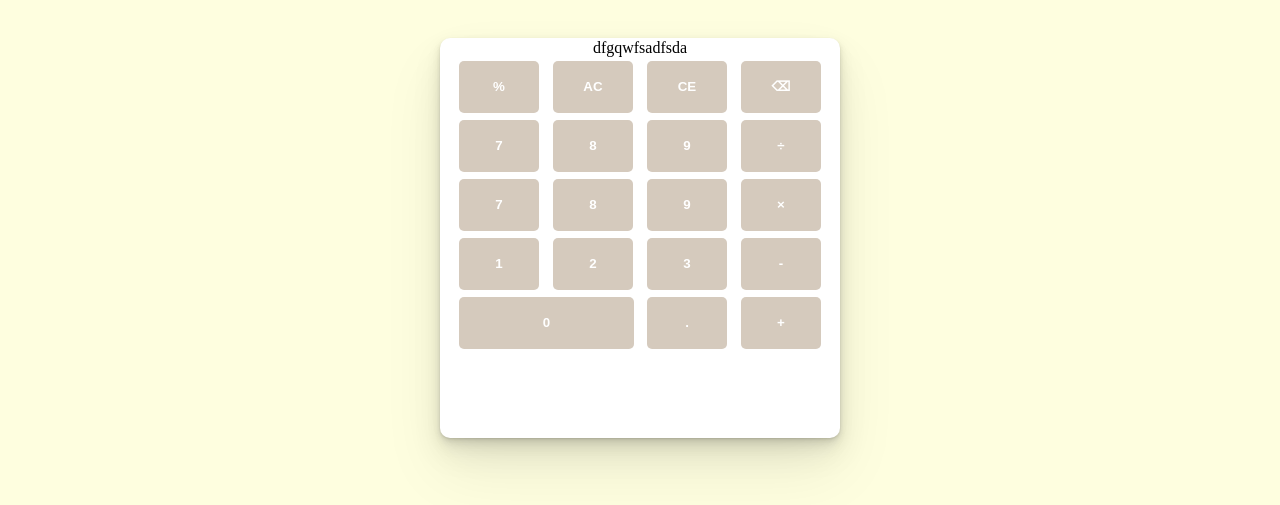
Repository: JeongminHW/Web_study
Page: HTML/myHTML/src/main/webapp/project/calculator.html
An editor plug-in stored every save of this project. The page is shown before and after the next save, followed by the edit.
The browser window is 1280 px wide. The pictures show the whole page.

Above is the page before, as saved 2024-07-12 03:06:40.

### HTML/myHTML/src/main/webapp/project/calculator.html
<!DOCTYPE html>
<html>
<head>
<meta charset="UTF-8">
<title>Insert title here</title>
<link rel="stylesheet" href="style.css">
</head>
<body>
	<div class="container">
		<div>
		<span class="result">dfgqwfsadfsda</span>
		</div>
		<div  class="cal">
		<table>
			<tr>
				<td class="arg"><input class="btn" type="button" id="mod" value="%"></td>
				<td class="arg"><input class="btn" type="button" id="ac" value="AC"></td>
				<td class="arg"><input class="btn" type="button" id="ce" value="CE"></td>
				<td class="arg"><input class="btn" type="button" id="back" value="⌫"></td>
			</tr>
			<tr>
				<td class="arg"><input class="btn" type="button" id="seven" value="7"></td>
				<td class="arg"><input class="btn" type="button" id="eight" value="8"></td>
				<td class="arg"><input class="btn" type="button" id="nine" value="9"></td>
				<td class="arg"><input class="btn" type="button" id="div" value="÷"></td>
			</tr>
			<tr>
				<td class="arg"><input class="btn" type="button" id="four" value="7"></td>
				<td class="arg"><input class="btn" type="button" id="five" value="8"></td>
				<td class="arg"><input class="btn" type="button" id="six" value="9"></td>
				<td class="arg"><input class="btn" type="button" id="multiply" value="×"></td>
			</tr>
			<tr>
				<td class="arg"><input class="btn" type="button" id="one" value="1"></td>
				<td class="arg"><input class="btn" type="button" id="two" value="2"></td>
				<td class="arg"><input class="btn" type="button" id="three" value="3"></td>
				<td class="arg"><input class="btn" type="button" id="sub" value="-"></td>
			</tr>
			<tr>
				<td class="arg"  colspan="2"><input class="btn" type="button" id="zero" value="0"></td>
				<td class="arg"><input class="btn" type="button" id="decimal_point" value="."></td>
				<td class="arg"><input class="btn" type="button" id="plus" value="+"></td>
			</tr>
		</table>
		</div>
	</div>
	<script type="text/javascript" src="js.js"></script>
</body>
</html>

### HTML/myHTML/src/main/webapp/project/style.css
body {
	background: #FEFEDF;
	display: flex;
	text-align: center;
	justify-content: center;
}

.container {
	width: 400px;
	height: 400px;
	background: white;
	border-radius: 10px;
	line-height: 20px;
	margin-bottom: 30px;
	margin-top: 30px;
	box-sizing: border-box;
	margin-left: 15px;
	margin-right: 15px;
	text-align: center;
	justify-content: center;
	box-shadow: 0 1px 2px rgba(0, 0, 0, 0.07), 0 2px 4px rgba(0, 0, 0, 0.07),
		0 4px 8px rgba(0, 0, 0, 0.07), 0 8px 16px rgba(0, 0, 0, 0.07), 0 16px
		32px rgba(0, 0, 0, 0.07), 0 32px 64px rgba(0, 0, 0, 0.07);
}

.result {
	width: 400px;
	height: 100px;
	text-align: right;
}

.cal{
	width:400px;
	display:flex;
	text-align: center;
	justify-content: center;
}

.btn {
	display: block;
	position: relative;
	float: left;
	width: 80px;
	/* margin: 10px 20px 10px 0; */
	font-weight: 600;
	text-align: center;
	line-height: 50px;
	color: #FFF;
	background: #D5CABD; border-radius : 5px;
	border: none;
	transition: all 0.2s;
	border-radius: 5px;
	margin: 0px 5px 3px 5px;
}

#zero {
	width: 95%;
}

.btn:hover {
	box-shadow: -7px -7px 20px 0px #fff9, -4px -4px 5px 0px #fff9, 7px 7px
		20px 0px #0002, 4px 4px 5px 0px #0001;
}

Loaded but not shown: HTML/myHTML/src/main/webapp/project/js.js (common file)

After the next save:
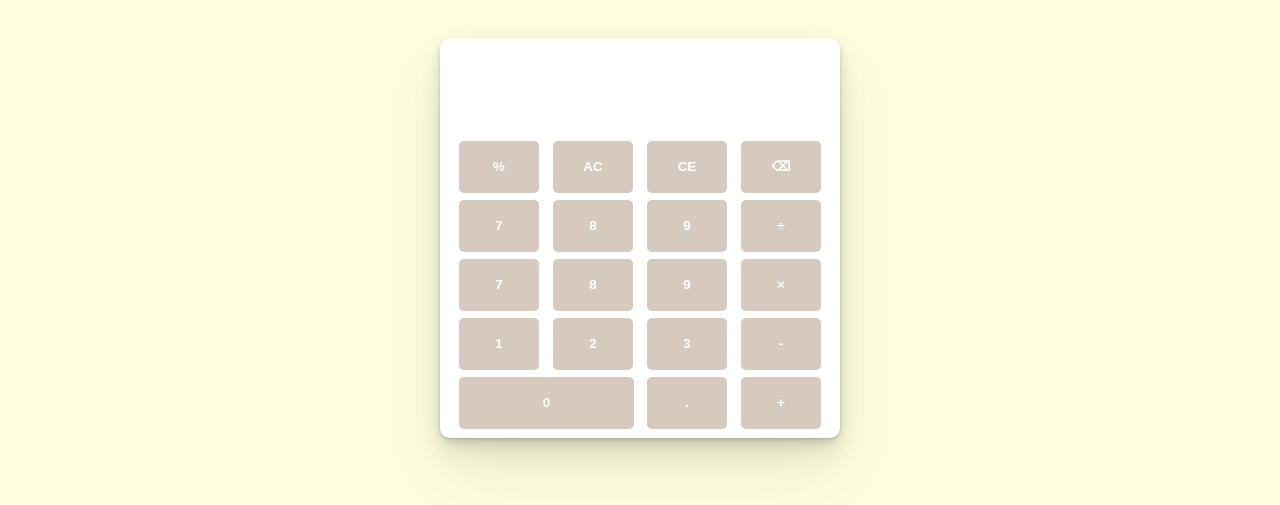
Saved 11 s later.
--- a/HTML/myHTML/src/main/webapp/project/calculator.html
+++ b/HTML/myHTML/src/main/webapp/project/calculator.html
@@ -7,8 +7,8 @@
 </head>
 <body>
 	<div class="container">
-		<div>
-		<span class="result">dfgqwfsadfsda</span>
+		<div class="result">
+		<span class="result"></span>
 		</div>
 		<div  class="cal">
 		<table>
